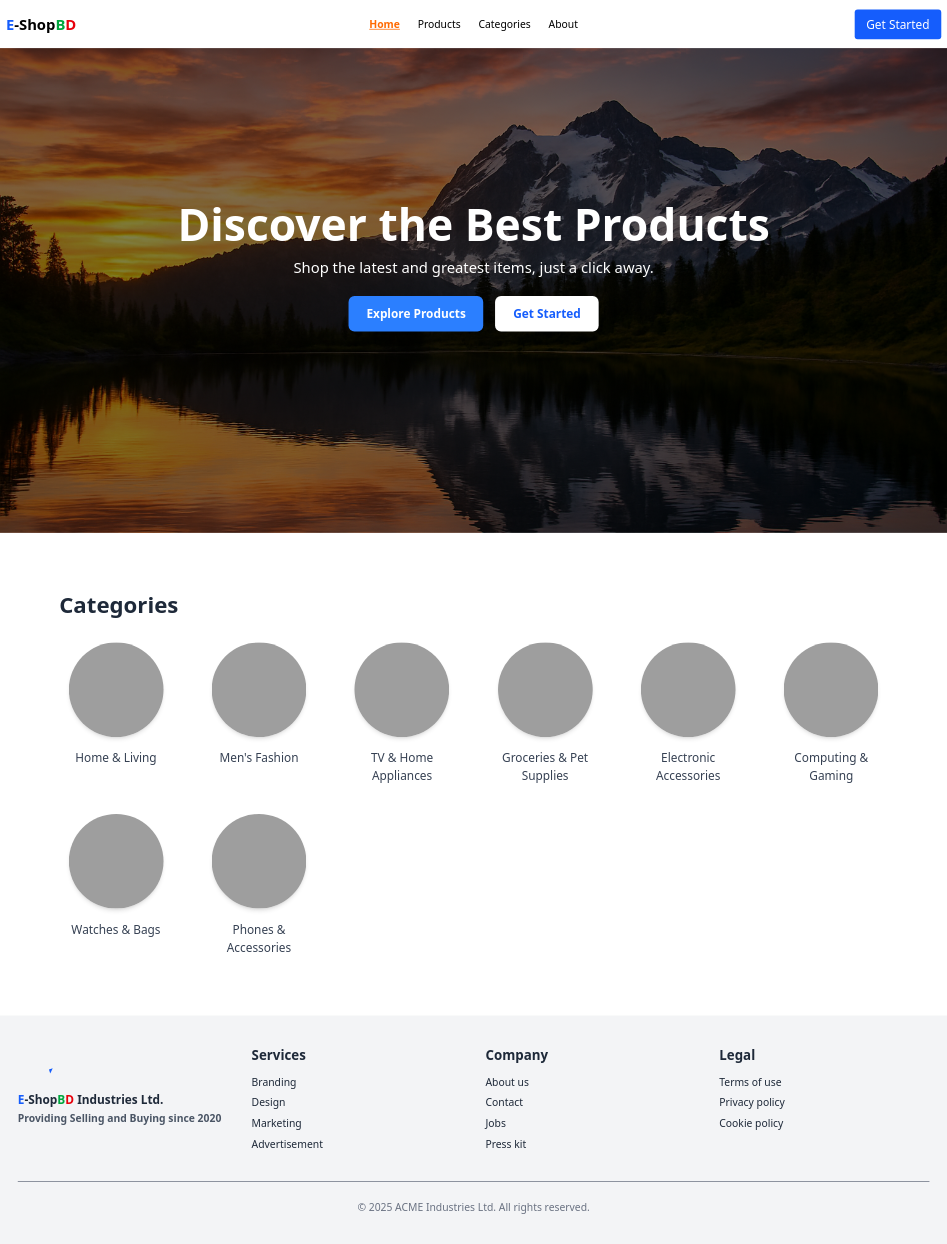
Repository: syedbayzid82849/E-shopBD
Page: /
These files come from the project's save history. The page is drawn as it stood at one moment and after a run of saves; the edit follows.
The browser window is 1280 px wide. The pictures show the whole page, at 74% of full size.
Pictures or frames that could not be fetched are drawn as grey boxes. The project was rebuilt for these pictures with package versions that can differ from the ones it lists, and the page was loaded fresh each time. The framework's server and built-in components were replaced by stand-ins that run in the browser. Also part of the build but not shown: next.config.mjs, src/app/page.module.css, src/app/layouts/page.js.

Above is the page before, as saved 2025-08-22 11:16:10.

After the next 2 saves:
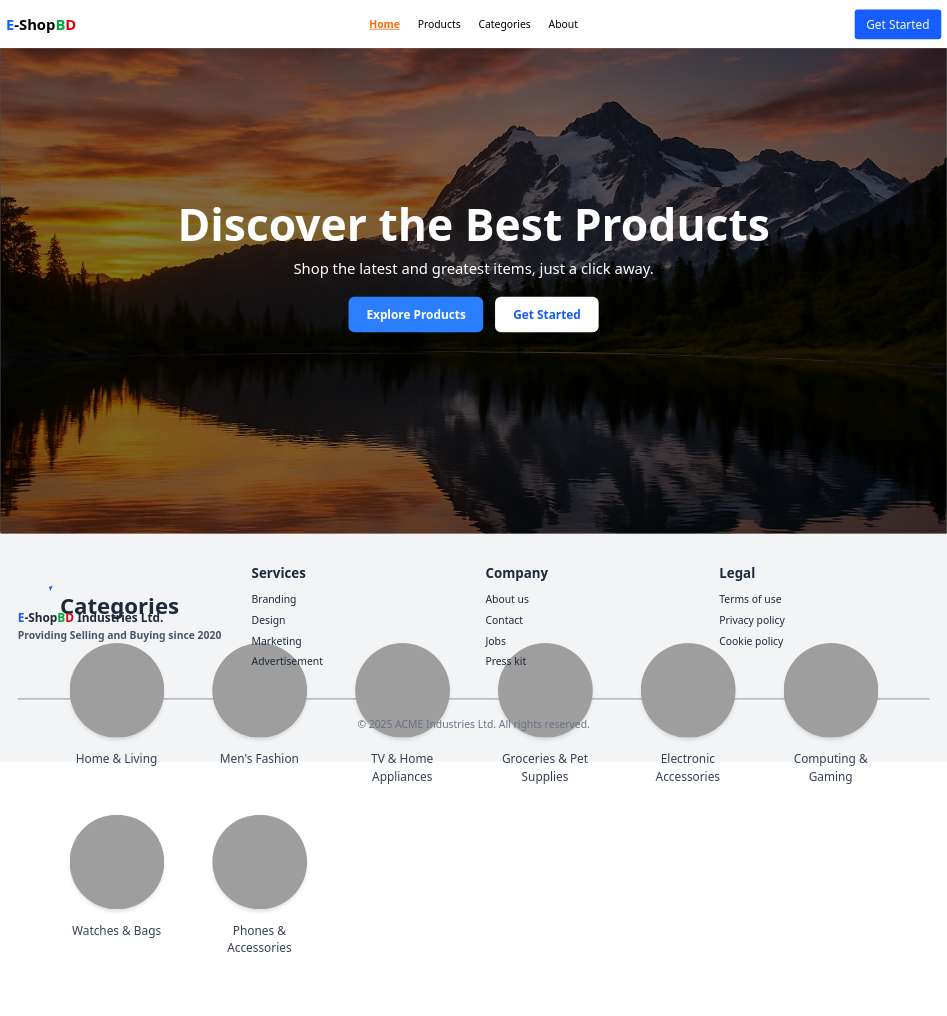
The 2 saves are shown as one change because they came seconds apart.
The last was saved 11 s later.
--- a/src/app/layout.js
+++ b/src/app/layout.js
@@ -21,11 +21,11 @@ export const metadata = {
 export default function RootLayout({ children }) {
   return (
     <html lang="en">
-      <body className={` ${geistSans.variable} ${geistMono.variable}`}>
+      <body className={`${geistSans.variable} ${geistMono.variable}`}>
         <nav>
           <Navbar></Navbar>
         </nav>
-      <main className="flex ">
+      <main className="h-screen border max-w-7xl">
         {children}
       </main>
       <footer>
